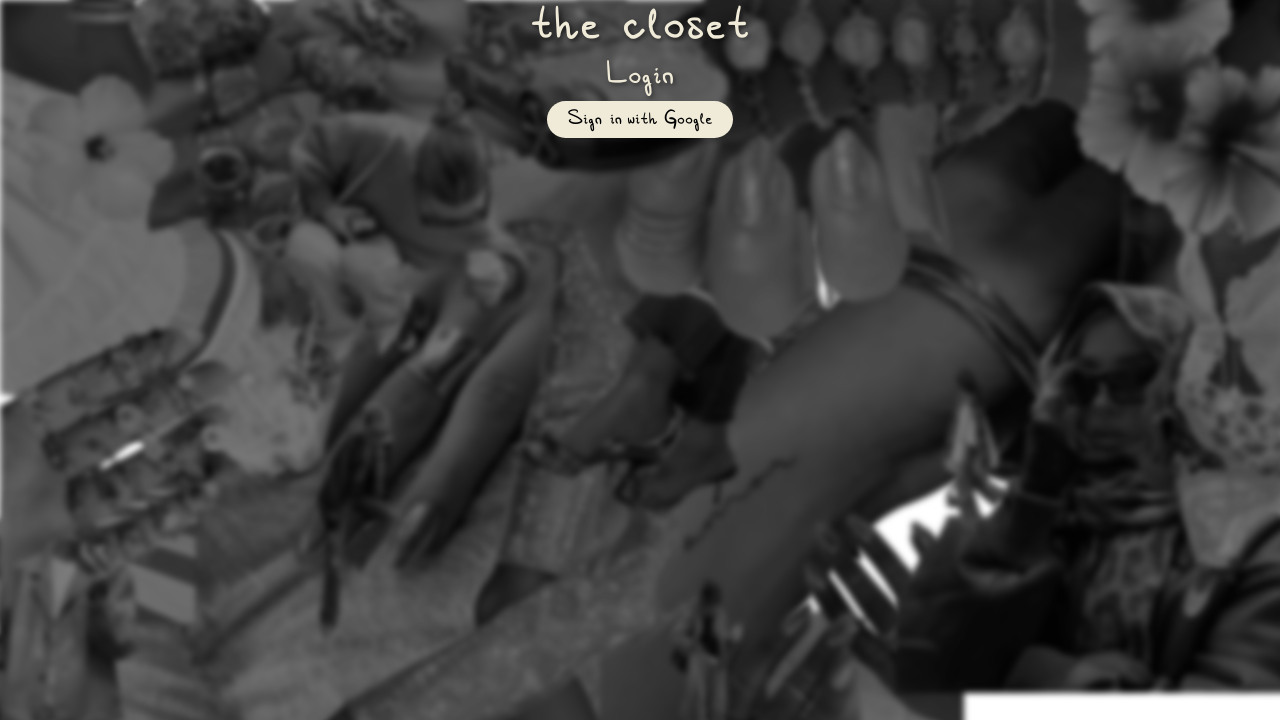
Repository: karla-sikavica/theCloset
Page: / (app in frontend/)
The author's editor kept a copy of each file at every save. The page is drawn from the files as they stood at one save, then again after the next save.
The browser window is 1280 px wide. The pictures show the whole page.
The project was rebuilt for these pictures with package versions that can differ from the ones it lists, and the page was loaded fresh each time. Also part of the build but not shown: frontend/vite.config.ts.

Above is the page before, as saved 2025-03-29 16:56:41.

After the next save:
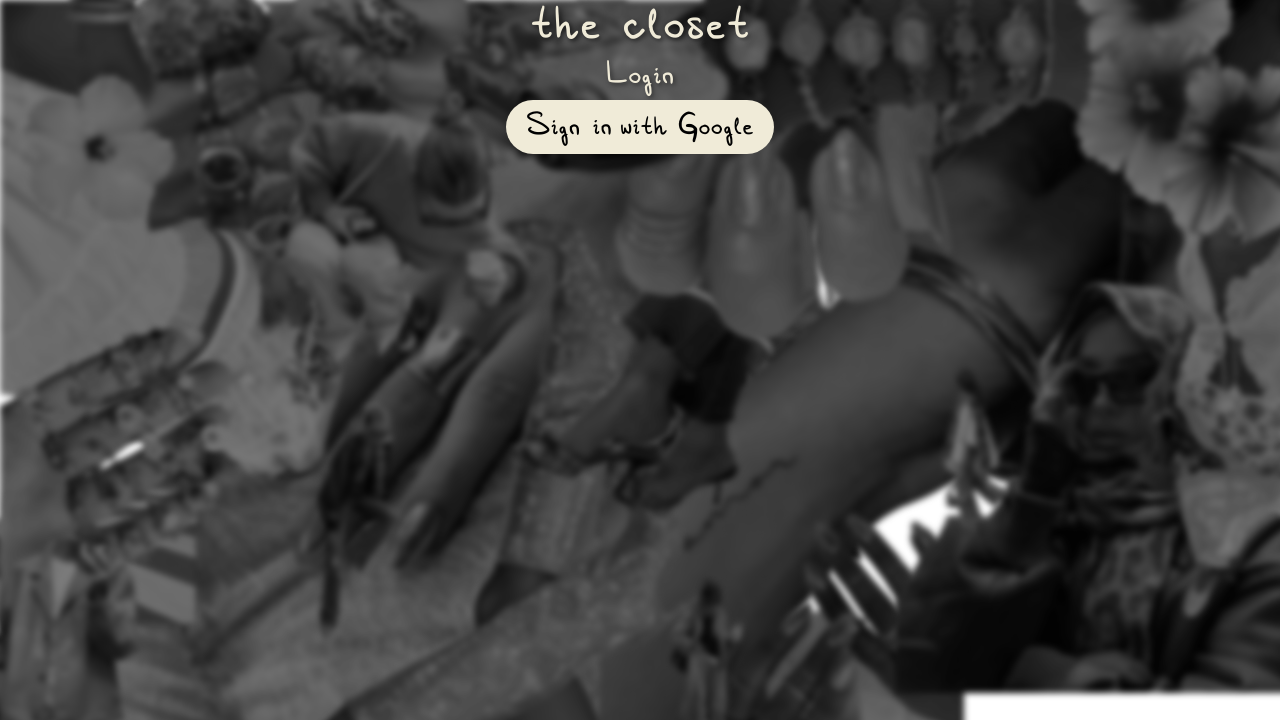
Saved 18 s later.
--- a/frontend/src/components/css/GoogleButton.module.css
+++ b/frontend/src/components/css/GoogleButton.module.css
@@ -4,7 +4,7 @@
     background-color: #f0ebd8;
     border: none;
     font-family: 'Kalla', sans-serif;
-    font-size: 35px;
+    font-size: 55px;
     font-weight: 400;
 
 }
